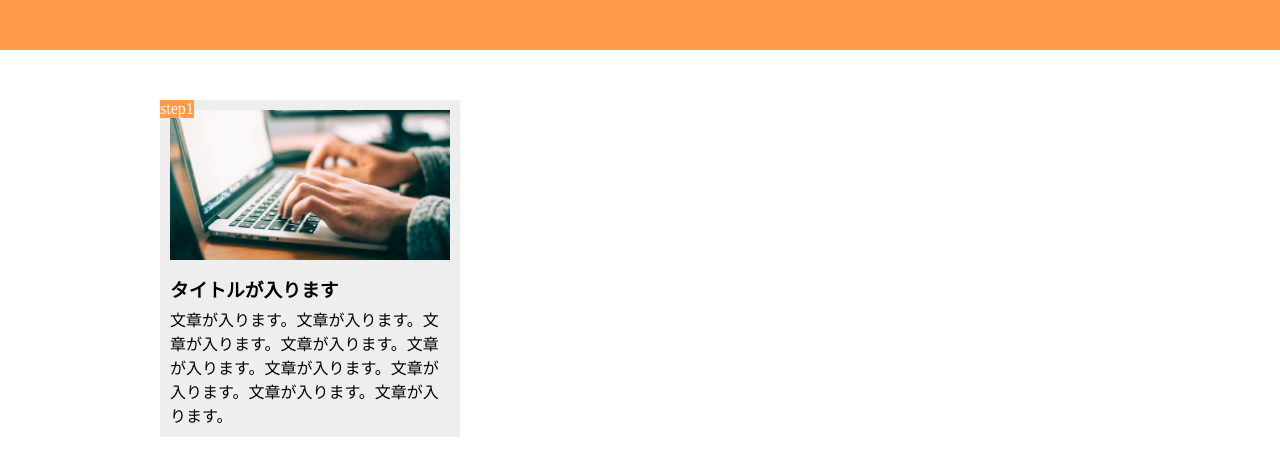
Repository: YabuYoshi/Bookers1
Page: ch9-ex/ch9-ex.html
The author's editor kept a record of every edit. The page is drawn from the files as they stood at one moment, then again after the next edit.
The browser window is 1280 px wide. The pictures show the whole page.

Above is the page before.

### ch9-ex/ch9-ex.html
<!DOCTYPE HTML>
<html lang="ja">
<head>
  <meta charset="UTF-8" />
  <title>9章演習</title>
  <!-- 下記1行を追加してください -->
  <link rel="stylesheet" href="ch9-ex.css" />
</head>

<body>
  <header></header>

  <main>
    <div class="step-box">
      <div class="step-img1"></div>
      <span class="step-num">step1</span>
      <h3 class="title">タイトルが入ります</h3>
      <p class="text">
        文章が入ります。文章が入ります。文章が入ります。文章が入ります。文章が入ります。文章が入ります。文章が入ります。文章が入ります。文章が入ります。
      </p>
    </div>
  </main>
</body>

### ch9-ex/ch9-ex.css
* {
  box-sizing: border-box;
  margin: 0;
  padding: 0;
}

header {
  height: 50px;
  background-color: #ff9a4b;
}

main {
  width: 960px;
  margin: 50px auto;
  display: flex;
}

.step-box {
  width: 300px;
  margin-right: 30px;
  padding: 10px;
  position: relative;
  background-color: #eee;
}

.step-box:last-child {
  margin-right: 0;
}

.step-img1 {
  height: 150px;
  background-image: url(img/flow01.png);
  background-position: bottom;
  background-size: cover;
}

.step-img2 {
  height: 150px;
  background-image: url(img/flow02.png);
  background-position: bottom;
  background-size: cover;
}

.step-img3 {
  height: 150px;
  background-image: url(img/flow03.png);
  background-position: bottom;
  background-size: cover;
}

.step-num {
  position: absolute;
  top: 0;
  left: 0;
  background-color: #ff9a4b;
  color: #fff;
}

.title {
  margin: 15px 0 5px;
}

footer {
  height: 50px;
  background-color: #aaa;
}

@media screen and (max-width: 768px) {
  header {
    width: 100%;
    margin-bottom: 50px;
  }

  main {
    width: 100%;
    display: block;
  }

  .step-box {
    width: 100%;
    margin: 0 auto 20px auto;
  }

  .step-img1 {
    width: 90%;
    height: 150px;
  }

  .step-img2 {
    width: 90%;
    height: 150px;
  }

  .step-img3 {
    width: 90%;
    height: 150px;
  }

  .step-num {
  }

  .pagination {
    margin-bottom: 50px;
  }
}

After the next edit:
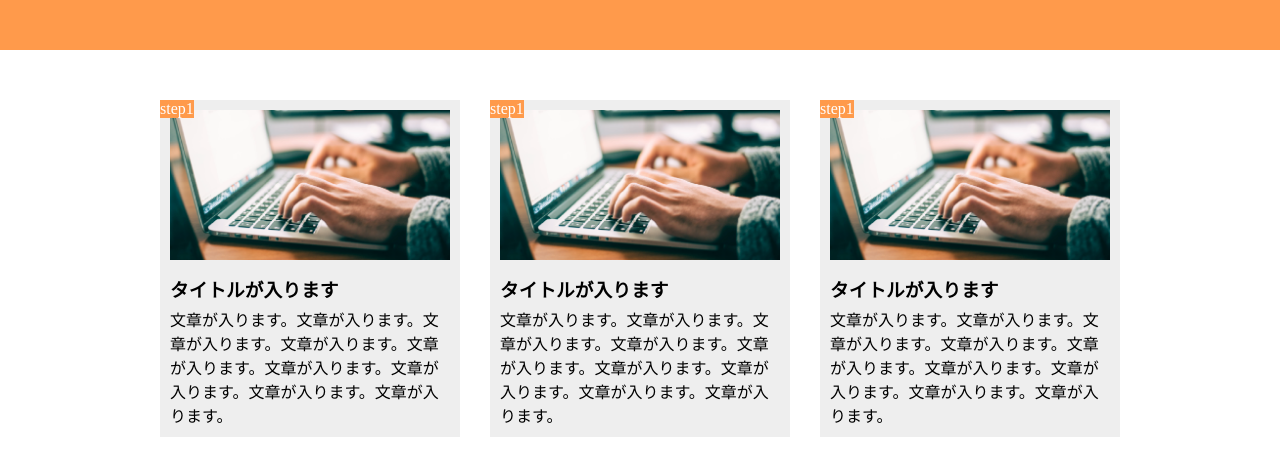
The edit:
--- a/ch9-ex/ch9-ex.html
+++ b/ch9-ex/ch9-ex.html
@@ -19,5 +19,23 @@
         文章が入ります。文章が入ります。文章が入ります。文章が入ります。文章が入ります。文章が入ります。文章が入ります。文章が入ります。文章が入ります。
       </p>
     </div>
+
+    <div class="step-box">
+      <div class="step-img1"></div>
+      <span class="step-num">step1</span>
+      <h3 class="title">タイトルが入ります</h3>
+      <p class="text">
+        文章が入ります。文章が入ります。文章が入ります。文章が入ります。文章が入ります。文章が入ります。文章が入ります。文章が入ります。文章が入ります。
+      </p>
+    </div>
+
+    <div class="step-box">
+      <div class="step-img1"></div>
+      <span class="step-num">step1</span>
+      <h3 class="title">タイトルが入ります</h3>
+      <p class="text">
+        文章が入ります。文章が入ります。文章が入ります。文章が入ります。文章が入ります。文章が入ります。文章が入ります。文章が入ります。文章が入ります。
+      </p>
+    </div>
   </main>
 </body>
